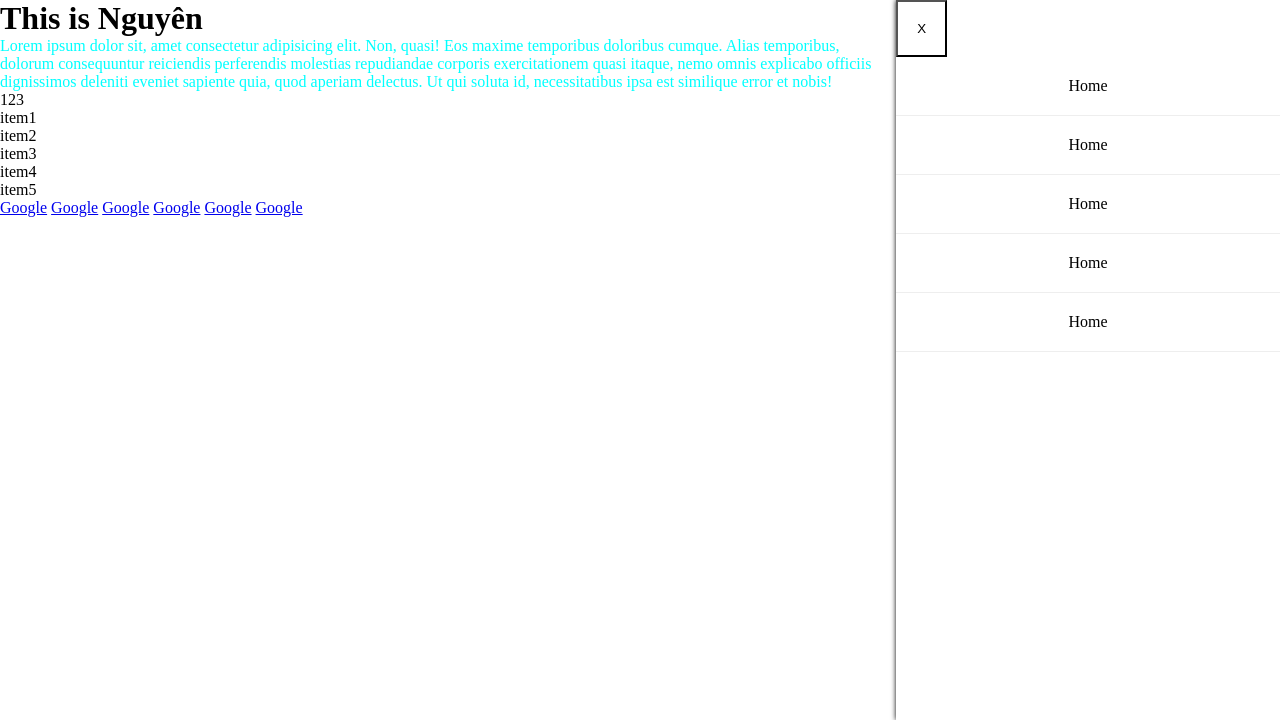
Repository: KhoiNguyen77/JS-C-Ba-n
Page: index.html
The author's editor kept a copy of each file at every save. The page is drawn from the files as they stood at one save, then again after the next save.
The browser window is 1280 px wide. The pictures show the whole page.

Above is the page before, as saved 2023-03-29 17:53:11.

After the next save:
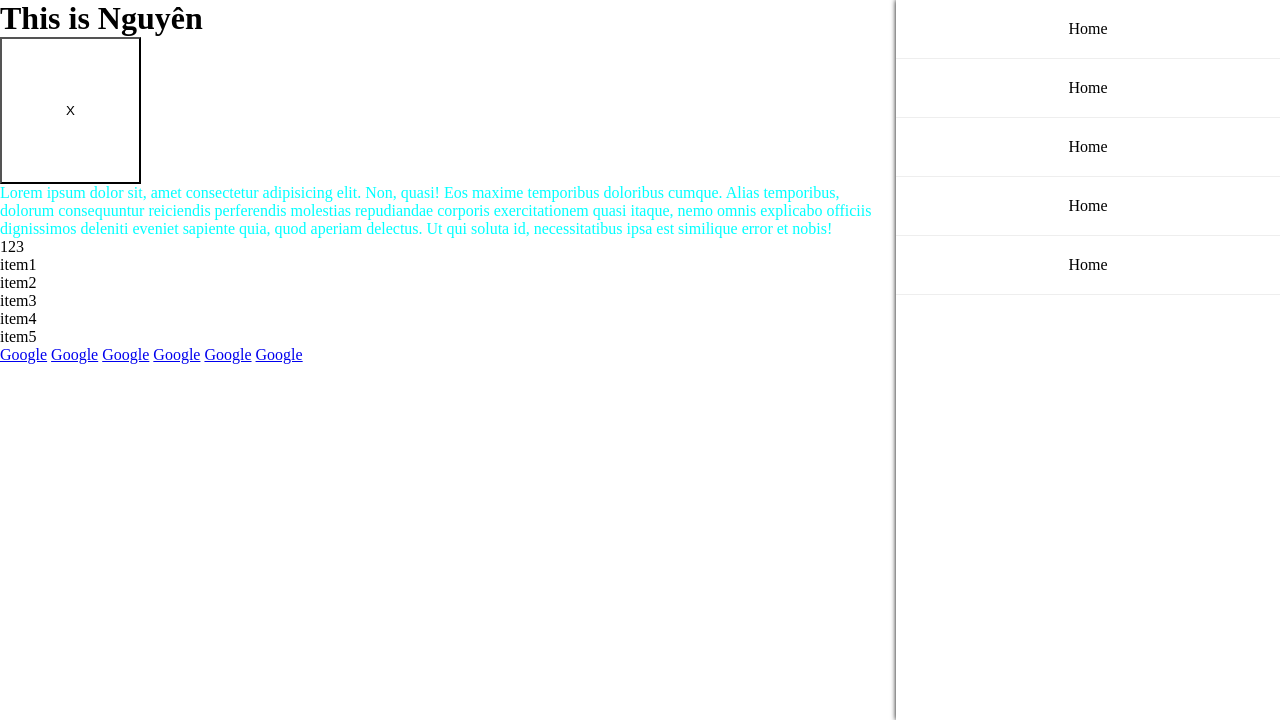
Saved 23 s later.
--- a/index.html
+++ b/index.html
@@ -10,9 +10,10 @@
   </head>
   <body>
     <h1>This is Nguyên</h1>
-
+    <button style="padding: 5%; background-color: white" class="toggle">
+      X
+    </button>
     <ul class="menu">
-      <button style="padding: 5%; background-color: white;" class="toggle">X</button>
       <li class="menu-item">
         <a href="#" class="menu-link">Home</a>
       </li>
@@ -29,7 +30,7 @@
         <a href="#" class="menu-link">Home</a>
       </li>
     </ul>
-    <div style="width: 70%;">
+    <div style="width: 70%">
       <div class="container a b c">
         Lorem ipsum dolor sit, amet consectetur adipisicing elit. Non, quasi!
         Eos maxime temporibus doloribus cumque. Alias temporibus, dolorum
